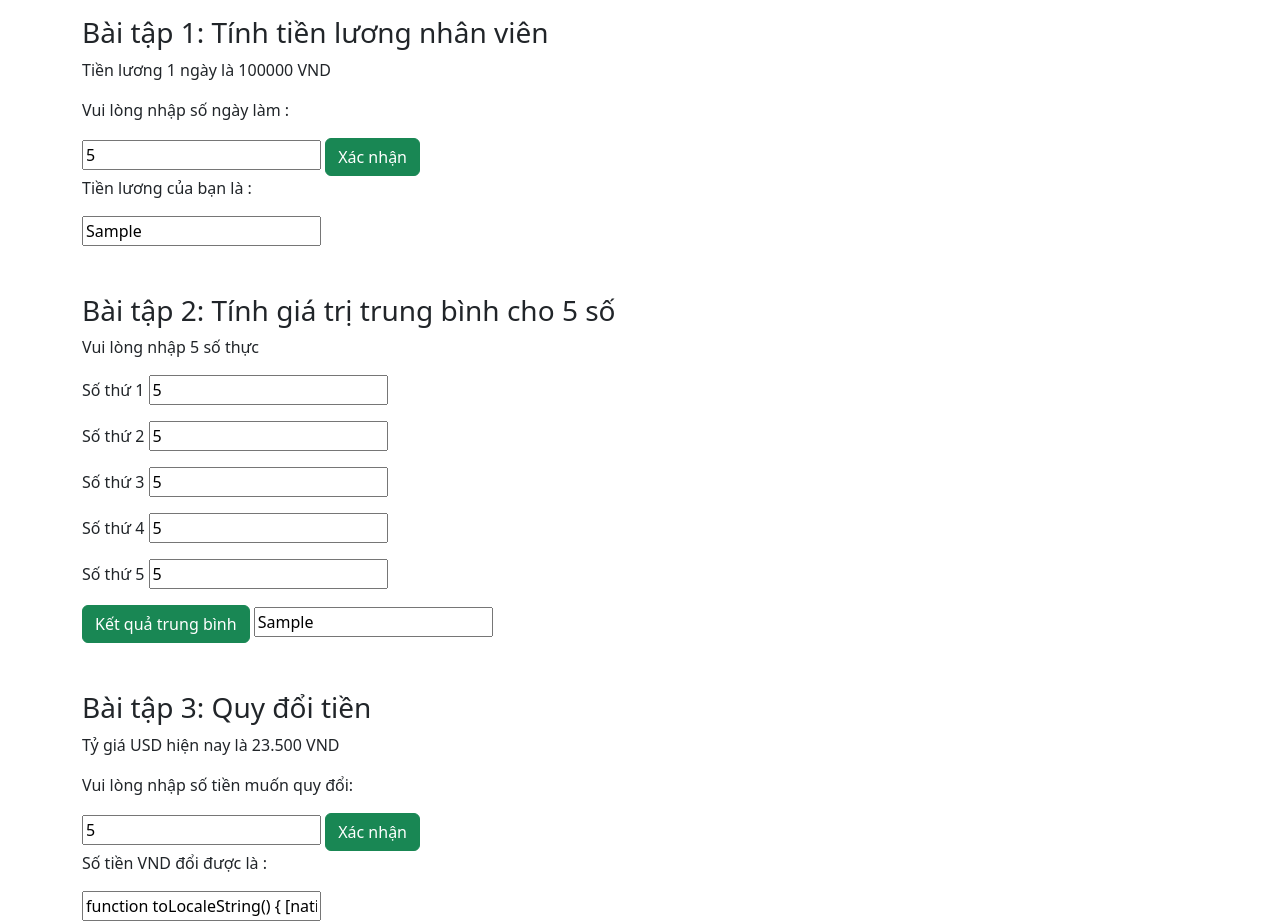
Repository: hcozyph/TranHuuPhuoc_BC43_BT_JS_Buoi2
Page: index.html
These files come from the project's save history. The page is drawn as it stood at one moment and after the next save; the edit follows.
The browser window is 1280 px wide. The pictures show the whole page.
Empty fields were first filled with sample values (such as "Sample", 5 or name@example.com).
After loading, the first visible `#btnTradeMoney` was clicked once.

Above is the page before, as saved 2023-01-21 22:34:21.

### index.html
<!DOCTYPE html>
<html lang="en">
    <head>
        <title>BT JS - Buoi 1</title>
        <!-- Required meta tags -->
        <meta charset="utf-8" />
        <meta
            name="viewport"
            content="width=device-width, initial-scale=1, shrink-to-fit=no"
        />

        <!-- Bootstrap CSS v5.2.1 -->
        <link
            href="https://cdn.jsdelivr.net/npm/bootstrap@5.2.1/dist/css/bootstrap.min.css"
            rel="stylesheet"
            integrity="sha384-iYQeCzEYFbKjA/T2uDLTpkwGzCiq6soy8tYaI1GyVh/UjpbCx/TYkiZhlZB6+fzT"
            crossorigin="anonymous"
        />

        <!-- FontAwesome 6.2.0 CSS -->
        <link
            rel="stylesheet"
            href="https://cdnjs.cloudflare.com/ajax/libs/font-awesome/6.2.0/css/all.min.css"
            integrity="sha512-xh6O/CkQoPOWDdYTDqeRdPCVd1SpvCA9XXcUnZS2FmJNp1coAFzvtCN9BmamE+4aHK8yyUHUSCcJHgXloTyT2A=="
            crossorigin="anonymous"
            referrerpolicy="no-referrer"
        />

        <!-- index.css -->
        <link rel="stylesheet" href="./style/index.css" />
    </head>

    <body>
        <!-- BT1 -->
        <div class="container">
            <div class="BT1">
                <h1 class="fs-3 mt-3">Bài tập 1: Tính tiền lương nhân viên</h1>
                <p>Tiền lương 1 ngày là 100000 VND</p>
                <p>Vui lòng nhập số ngày làm :</p>
                <input type="number" id="soNgayLam" />
                <button
                    class="btn btn-success"
                    id="btnXacNhan"
                    onclick="inputSoNgayLam()"
                >
                    Xác nhận
                </button>
                <p>Tiền lương của bạn là :</p>
                <input type="text" id="result" />
            </div>

            <!-- BT2 -->
            <div class="BT2">
                <h1 class="fs-3 mt-5">
                    Bài tập 2: Tính giá trị trung bình cho 5 số
                </h1>
                <p>Vui lòng nhập 5 số thực</p>

                <p>Số thứ 1 <input type="number" id="n1" /></p>
                <p>Số thứ 2 <input type="number" id="n2" /></p>
                <p>Số thứ 3 <input type="number" id="n3" /></p>
                <p>Số thứ 4 <input type="number" id="n4" /></p>
                <p>Số thứ 5 <input type="number" id="n5" /></p>

                <button
                    class="btn btn-success"
                    id="btnAverage"
                    onclick="average()"
                >
                    Kết quả trung bình
                </button>
                <input type="text" id="average" />
            </div>

            <!-- BT3 -->
            <div class="BT3">
                <h1 class="fs-3 mt-5">Bài tập 3: Quy đổi tiền</h1>
                <p>Tỷ giá USD hiện nay là 23.500 VND</p>
                <p>Vui lòng nhập số tiền muốn quy đổi:</p>

                <input type="number" id="inputUsd" />
                <button
                    class="btn btn-success"
                    id="btnTradeMoney"
                    onclick="tradeMoney ()"
                >
                    Xác nhận
                </button>

                <p>Số tiền VND đổi được là :</p>
                <input type="text" id="tradeMoney" />
            </div>
        </div>

        <!-- Bootstrap JavaScript Libraries -->
        <script
            src="https://cdn.jsdelivr.net/npm/@popperjs/core@2.11.6/dist/umd/popper.min.js"
            integrity="sha384-oBqDVmMz9ATKxIep9tiCxS/Z9fNfEXiDAYTujMAeBAsjFuCZSmKbSSUnQlmh/jp3"
            crossorigin="anonymous"
        ></script>

        <script
            src="https://cdn.jsdelivr.net/npm/bootstrap@5.2.1/dist/js/bootstrap.min.js"
            integrity="sha384-7VPbUDkoPSGFnVtYi0QogXtr74QeVeeIs99Qfg5YCF+TidwNdjvaKZX19NZ/e6oz"
            crossorigin="anonymous"
        ></script>

        <!-- index.js -->
        <script src="./index.js"></script>
    </body>
</html>

### index.js
//BT1: Tính tiền lương nhân viên
function inputSoNgayLam () {
    //input
    var soNgayLam = document.getElementById('soNgayLam').value;
    var luongMotNgay = 100000;
    //output
    var result = 0;

    var result = parseInt(soNgayLam) * parseInt(luongMotNgay);

    document.getElementById('result').value = result.toLocaleString() + ' VND';
}

//BT2: Tính trung bình cộng 5 số
function average () {
    //input
    var n1 = document.getElementById('n1').value;
    var n2 = document.getElementById('n2').value;
    var n3 = document.getElementById('n3').value;
    var n4 = document.getElementById('n4').value;
    var n5 = document.getElementById('n5').value;
    //output
    var average = 0;
    var soLuongInput = 5;

    var sum = parseFloat(n1) + parseFloat(n2) + parseFloat(n3) + parseFloat(n4) + parseFloat(n5);

    var average =  sum / parseFloat(soLuongInput) ;

    document.getElementById('average').value = average;
}

//BT3: Quy đổi tiền
function tradeMoney () {
    //input
    var inputUsd = document.getElementById('inputUsd').value;
    var tyGia = 23500;

    //output
    var tradeMoney = 0;

    var tradeMoney = parseInt(inputUsd) * parseInt(tyGia);
    document.getElementById('tradeMoney').value = tradeMoney.toLocaleString;


}










/*
Link vercel:
https://tran-huu-phuoc-bc-43-bt-js-buoi1.vercel.app/
*/

Loaded but not shown: style/index.css (no stored copy; drawn as an empty file)

After the next save:
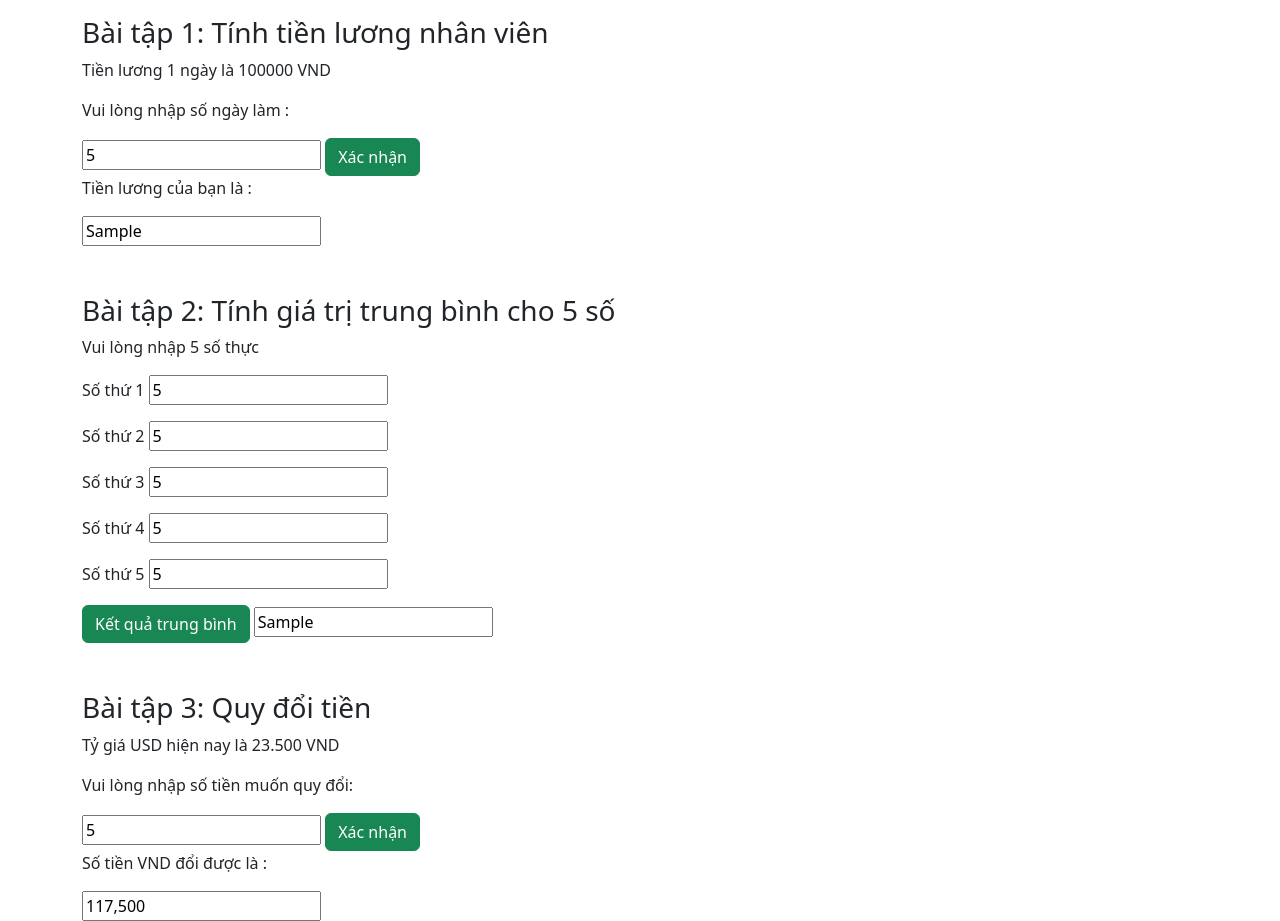
Saved 17 s later.
--- a/index.js
+++ b/index.js
@@ -40,7 +40,7 @@ function tradeMoney () {
     var tradeMoney = 0;
 
     var tradeMoney = parseInt(inputUsd) * parseInt(tyGia);
-    document.getElementById('tradeMoney').value = tradeMoney.toLocaleString;
+    document.getElementById('tradeMoney').value = tradeMoney.toLocaleString();
 
 
 }
